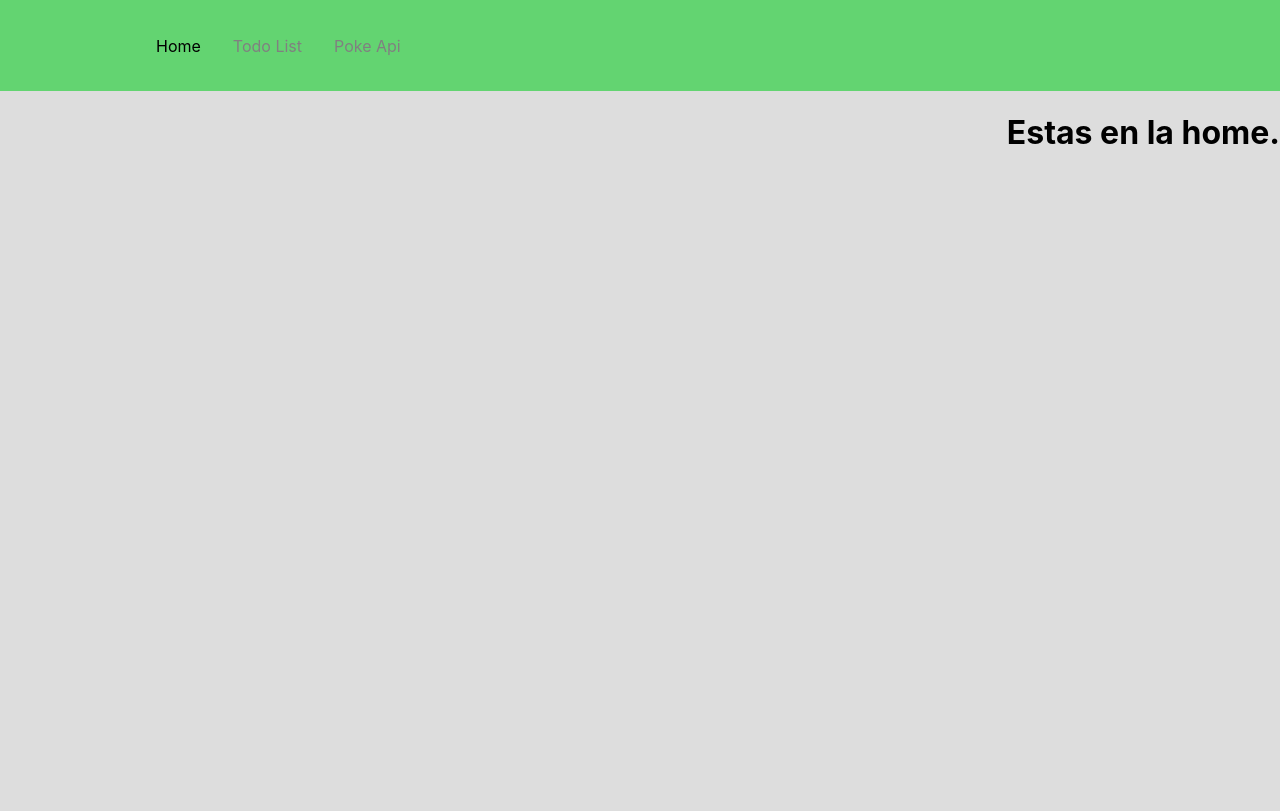
Repository: lucas-itup/react
Page: /
These files come from the project's save history. The page is drawn as it stood at one moment and after the next save; the edit follows.
The browser window is 1280 px wide. The pictures show the whole page.
The project was rebuilt for these pictures with package versions that can differ from the ones it lists, and the page was loaded fresh each time. Also part of the build but not shown: src/pages/pokeapi.jsx, src/components/FormTodo.jsx, src/components/Checkbox.jsx, src/components/TaskList.jsx, src/components/Container.jsx, src/pages/todolist.jsx.

Above is the page before, as saved 2022-12-04 21:19:26.

### src/index.jsx
import React from 'react';
import ReactDOM from 'react-dom/client';
import './index.css';
import App from './App';
import reportWebVitals from './reportWebVitals';

const root = ReactDOM.createRoot(document.getElementById("root"));
root.render(
  <App></App>
);

// If you want to start measuring performance in your app, pass a function
// to log results (for example: reportWebVitals(console.log))
// or send to an analytics endpoint. Learn more: https://bit.ly/CRA-vitals
reportWebVitals();

### src/App.js
import React from 'react';
import './App.css';
import Navbar from './components/Navbar';
import { BrowserRouter as Router, Routes, Route } from 'react-router-dom';
import Home from './pages/home';
import pokeApi from './pages/pokeapi';
import toDoList from './pages/todolist';

function App() {
  return (
    <Router>
      <Navbar />
      <Routes>
        <Route path='/' exact element={<Home />} />
        <Route path='/pokeApi' element={<pokeApi />} />
        <Route path='/todoList' element={<toDoList />} />
      </Routes>
    </Router>
  );
}

export default App;

### src/App.css
html {
    background: #ddd;
    height: 100%;
    display: flex;
}

body {
    width: 100%;
    margin: auto;
}

.App {
    font-family: sans-serif;
    text-align: center;
}

### src/components/Navbar/index.jsx
import React from 'react';
import {
  Nav,
  NavLink,
  Bars,
  NavMenu,

} from './NavbarElements';

const Navbar = () => {
  return (
    <>
      <Nav>
        <Bars />
        <NavMenu>
          <NavLink to='/' activeStyle>
            Home
          </NavLink>
          <NavLink to='/todolist' activeStyle>
            Todo List
          </NavLink>
          <NavLink to='/pokeapi' activeStyle>
            Poke Api
          </NavLink>
        </NavMenu>
      </Nav>
    </>
  );
};

export default Navbar;

### src/pages/home.jsx
import React from 'react';

const home = () => {
  return (
    <div
      style={{
        display: 'flex',
        justifyContent: 'Right',
        alignItems: 'Right',
        height: '100vh'
      }}
    >
      <h1>Estas en la home.</h1>
    </div>
  );
};

export default home;

### src/components/Navbar/NavbarElements.jsx
import { FaBars } from 'react-icons/fa';
import { NavLink as Link } from 'react-router-dom';
import styled from 'styled-components';

export const Nav = styled.nav`
background: #63D471;
height: 85px;
display: flex;
justify-content: space-between;
padding: 0.2rem calc((100vw - 1000px) / 2);
z-index: 12;
/* Third Nav */
/* justify-content: flex-start; */
`;

export const NavLink = styled(Link)`
color: #808080;
display: flex;
align-items: center;
text-decoration: none;
padding: 0 1rem;
height: 100%;
cursor: pointer;
&.active {
	color: #000000;
}
`;

export const Bars = styled(FaBars)`
display: none;
color: #808080;
@media screen and (max-width: 768px) {
	display: block;
	position: absolute;
	top: 0;
	right: 0;
	transform: translate(-100%, 75%);
	font-size: 1.8rem;
	cursor: pointer;
}
`;

export const NavMenu = styled.div`
display: flex;
align-items: center;
margin-right: -24px;
/* Second Nav */
/* margin-right: 24px; */
/* Third Nav */
/* width: 100vw;
white-space: nowrap; */
@media screen and (max-width: 768px) {
	display: none;
}
`;

export const NavBtn = styled.nav`
display: flex;
align-items: center;
margin-right: 24px;
/* Third Nav */
/* justify-content: flex-end;
width: 100vw; */
@media screen and (max-width: 768px) {
	display: none;
}
`;

export const NavBtnLink = styled(Link)`
border-radius: 4px;
background: #808080;
padding: 10px 22px;
color: #000000;
outline: none;
border: none;
cursor: pointer;
transition: all 0.2s ease-in-out;
text-decoration: none;
/* Second Nav */
margin-left: 24px;
&:hover {
	transition: all 0.2s ease-in-out;
	background: #fff;
	color: #808080;
}
`;

Loaded but not shown: public/index.html (common file); src/index.css (common file); src/reportWebVitals.js (common file)

After the next save:
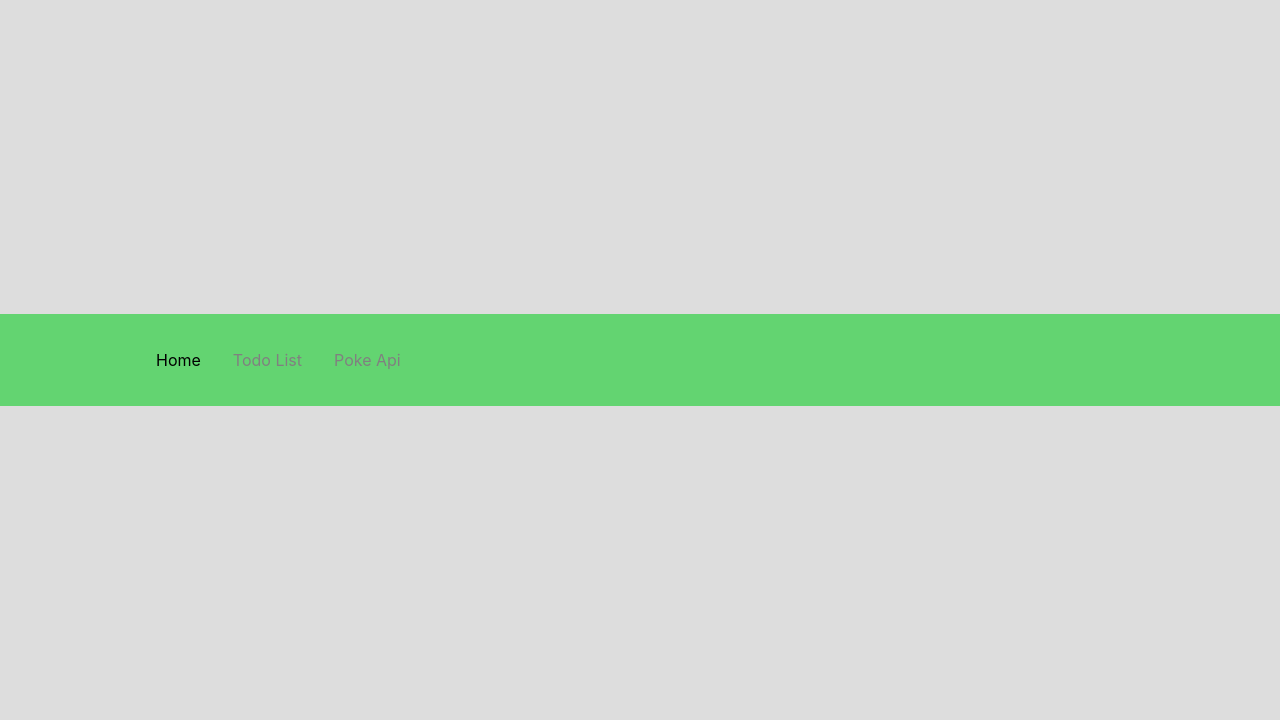
Saved 2 min 24 s later.
--- a/src/App.js
+++ b/src/App.js
@@ -5,15 +5,16 @@
 import Home from './pages/home';
 import pokeApi from './pages/pokeapi';
 import toDoList from './pages/todolist';
+import home from './pages/home';
 
 function App() {
   return (
     <Router>
       <Navbar />
       <Routes>
-        <Route path='/' exact element={<Home />} />
-        <Route path='/pokeApi' element={<pokeApi />} />
-        <Route path='/todoList' element={<toDoList />} />
+        <Route path='/' exact element={home} />
+        <Route path='/pokeApi' element={pokeApi}/>
+        <Route path='/todoList' element={toDoList} />
       </Routes>
     </Router>
   );

After the save that followed:
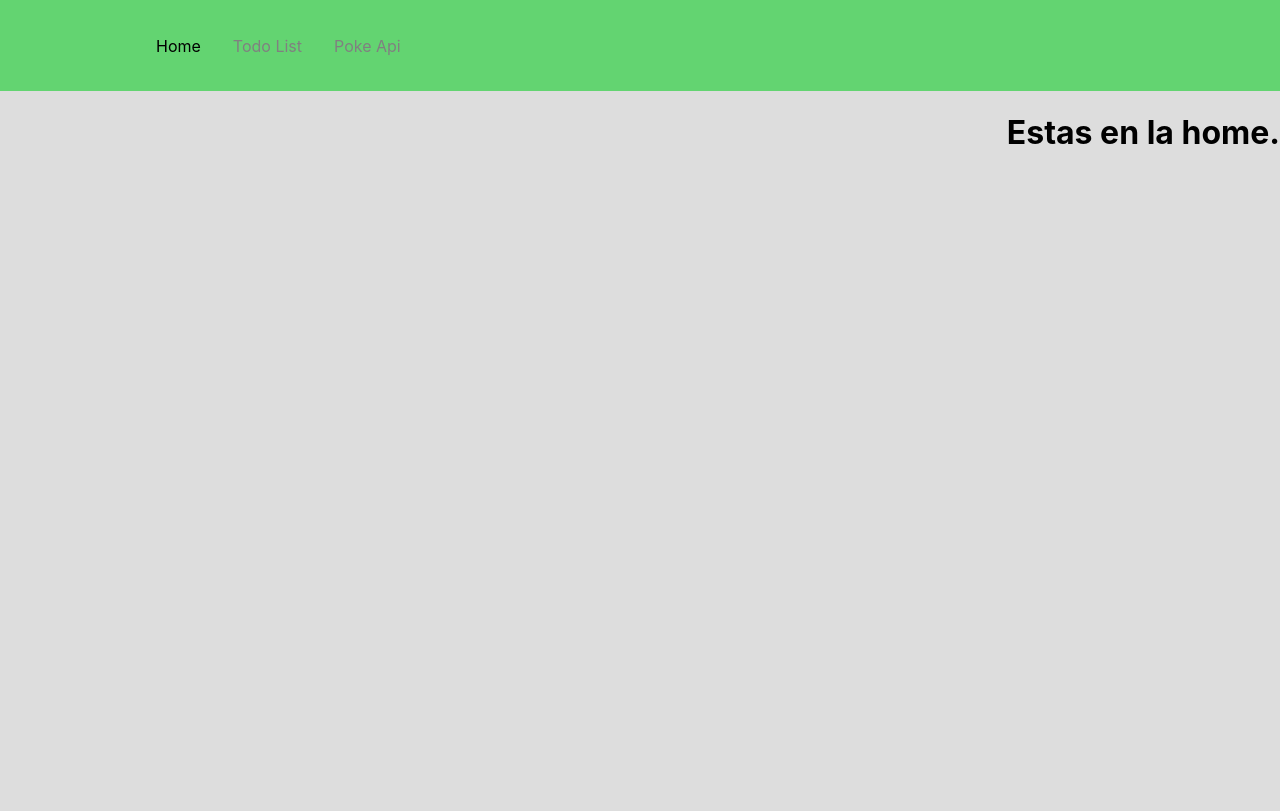
Saved 23 s later.
--- a/src/App.js
+++ b/src/App.js
@@ -5,16 +5,15 @@
 import Home from './pages/home';
 import pokeApi from './pages/pokeapi';
 import toDoList from './pages/todolist';
-import home from './pages/home';
 
 function App() {
   return (
     <Router>
       <Navbar />
       <Routes>
-        <Route path='/' exact element={home} />
-        <Route path='/pokeApi' element={pokeApi}/>
-        <Route path='/todoList' element={toDoList} />
+        <Route path='/' exact element={<Home />} />
+        <Route path='/pokeApi' element={<pokeApi />} />
+        <Route path='/todoList' element={<toDoList />} />
       </Routes>
     </Router>
   );
